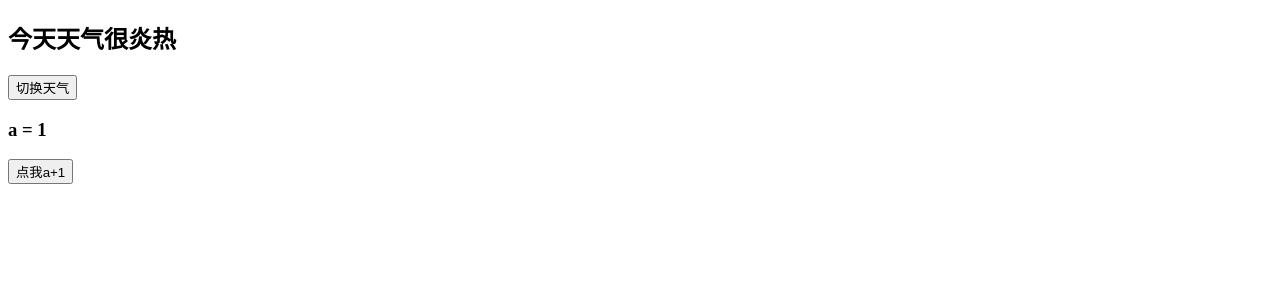
Repository: reggiepy/vueLeaning
Page: 08 监视属性/3. 天气案例_深度监视 copy.html
An editor plug-in stored every save of this project. The page is shown before and after the next save, followed by the edit.
The browser window is 1280 px wide. The pictures show the whole page.

Above is the page before, as saved 2021-12-19 17:36:21.

### 08 监视属性/3. 天气案例_深度监视 copy.html
<!DOCTYPE html>
<html lang="en">
  <head>
    <meta charset="UTF-8" />
    <meta http-equiv="X-UA-Compatible" content="IE=edge" />
    <meta name="viewport" content="width=device-width, initial-scale=1.0" />
    <title>天气案例-深度监视</title>
    <script src="../js/vue.js"></script>
  </head>
  <body>
    <div id="root">
      <h2>今天天气很{{info}}</h2>
      <button @click="changeWeather">切换天气</button>
      <h3>a = {{numbers.a}}</h3>
      <button @click="numbers.a++">点我a+1</button>
    </div>
  </body>
  <script>
    Vue.config.productionTip = false;
    const vm = new Vue({
      el: "#root",
      data: {
        isHot: true,
        numbers: {
          a: 1,
          b: 1,
        },
      },
      computed: {
        info() {
          return this.isHot ? "炎热" : "凉爽";
        },
      },
      methods: {
        changeWeather() {
          this.isHot = !this.isHot;
        },
      },
      watch: {
        isHot: {
          // 初始化时handler函数是否调用
          // immediate: true,
          // handler什么时候调用？ isHot 被修改后会调用
          handler(newValue, oldValue) {
            console.log(
              "isHot 被修改了，新的值",
              newValue,
              "旧的值：",
              oldValue
            );
          },
        },
        // 监视多级结构中某个属性的变化
        "numbers.a": {
          handler() {
            console.log("a 改变了");
          },
        },
      },
    });
    console.log(vm);
  </script>
</html>

Loaded but not shown: js/vue.js (library)

After the next save:
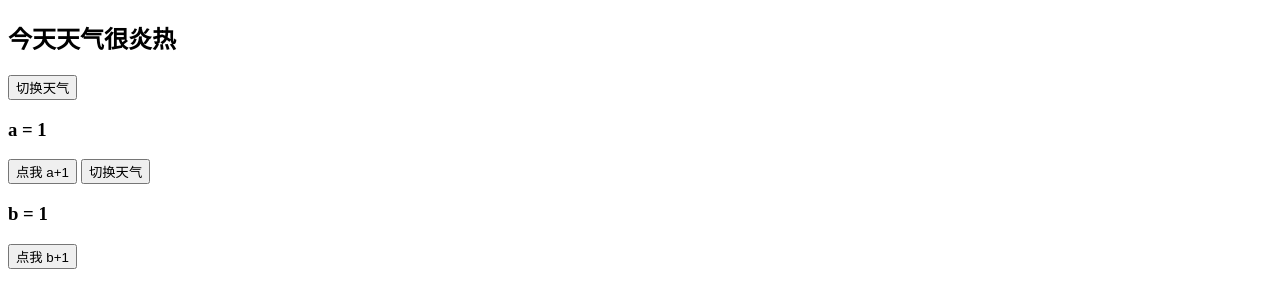
Saved 98 s later.
--- a/08 监视属性/3. 天气案例_深度监视 copy.html
+++ b/08 监视属性/3. 天气案例_深度监视 copy.html
@@ -12,7 +12,10 @@
       <h2>今天天气很{{info}}</h2>
       <button @click="changeWeather">切换天气</button>
       <h3>a = {{numbers.a}}</h3>
-      <button @click="numbers.a++">点我a+1</button>
+      <button @click="numbers.a++">点我 a+1</button>
+      <button @click="changeWeather">切换天气</button>
+      <h3>b = {{numbers.b}}</h3>
+      <button @click="numbers.b++">点我 b+1</button>
     </div>
   </body>
   <script>
